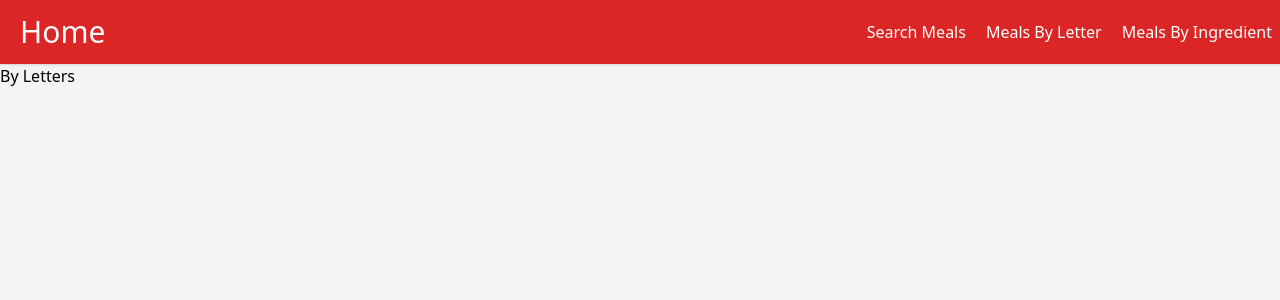
Repository: HalemX/meals
Page: /by-letter
The author's editor kept a copy of each file at every save. The page is drawn from the files as they stood at one save, then again after the next save.
The browser window is 1280 px wide. The pictures show the whole page.
The project was rebuilt for these pictures with package versions that can differ from the ones it lists, and the page was loaded fresh each time. Also part of the build but not shown: vite.config.js, src/pages/home/Home.vue, src/components/layout/GuestLayout.vue, src/pages/meals/MealsByIngredient.vue, src/components/ui/BaseButtons.vue, src/components/meals_by_name/AllMealsByName.vue, src/pages/meals/MealsByName.vue, src/components/meals_components/MealDetails.vue.

Above is the page before, as saved 2024-02-11 12:46:19.

After the next save:
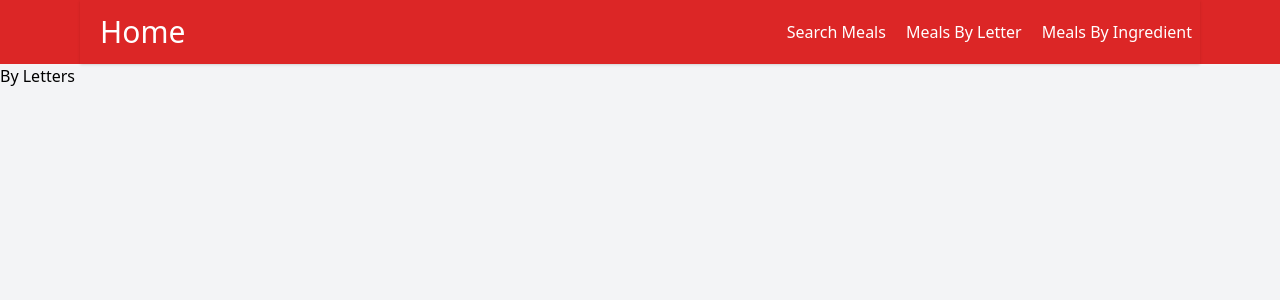
Saved 5 s later.
--- a/src/components/layout/Navbar.vue
+++ b/src/components/layout/Navbar.vue
@@ -1,7 +1,7 @@
 <template>
   <div class="bg-[#dc2626]">
     <header
-      class="text-white shadow h-16 flex justify-between items-stretch bg-[#dc2626]"
+      class="text-white shadow h-16 flex justify-between items-stretch bg-[#dc2626] mx-20"
     >
       <router-link
         class="text-3xl inline-flex items-center h-full px-5"
